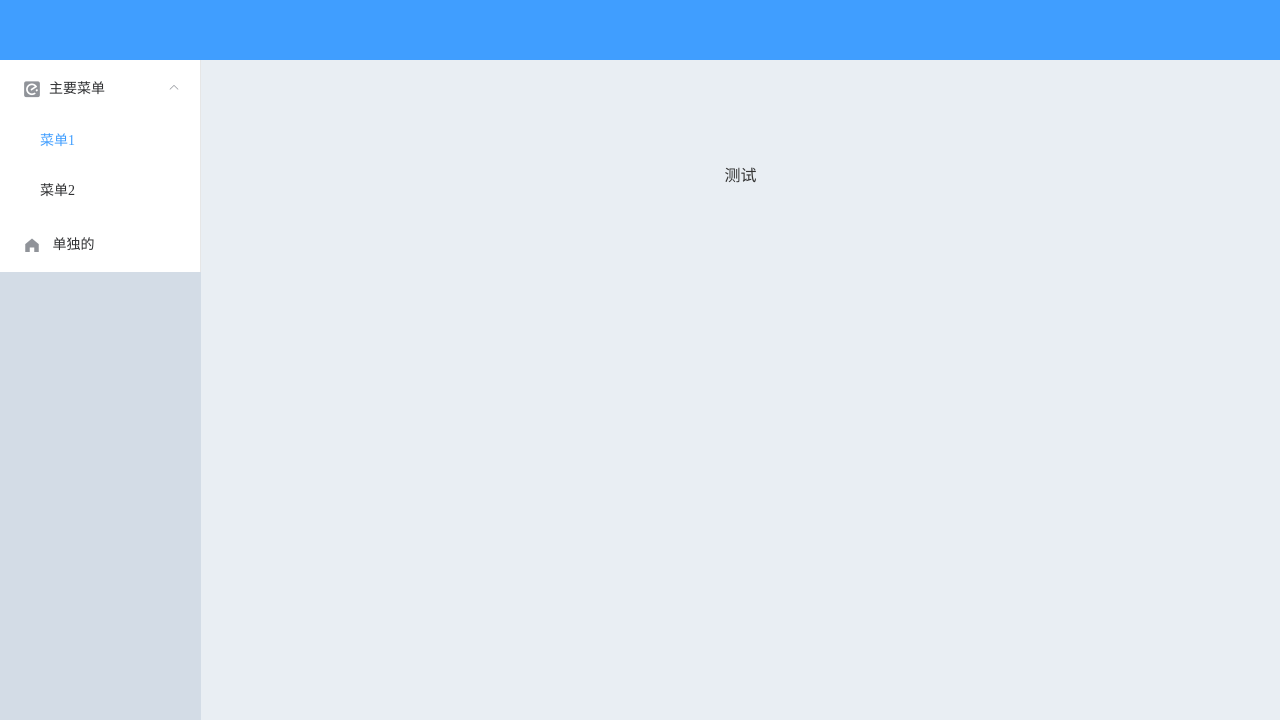
Repository: 960519152/elementui-demo-byf
Page: /#/Tx
An editor plug-in stored every save of this project. The page is shown before and after the next save, followed by the edit.
The browser window is 1280 px wide. The pictures show the whole page.
The project was rebuilt for these pictures with package versions that can differ from the ones it lists, and the page was loaded fresh each time. Also part of the build but not shown: src/components/HelloWorld.vue, src/components/Tes.vue.

Above is the page before, as saved 2019-05-14 12:33:29.

After the next save:
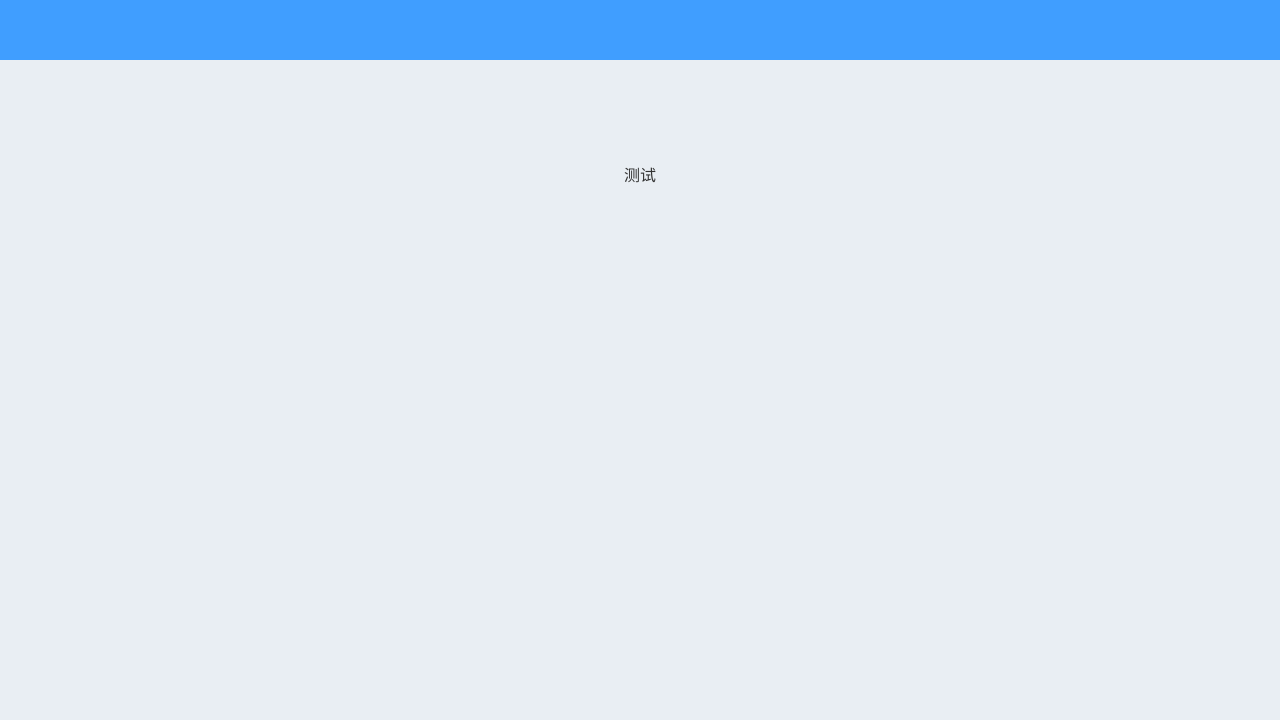
Saved 21 s later.
--- a/src/components/Home.vue
+++ b/src/components/Home.vue
@@ -7,7 +7,7 @@
       <el-container>
         <el-aside>
           <el-row class="tac">
-            <el-menu :default-active="$route.path" class="el-menu-vertical-demo" unique-opened router @open="handleOpen"
+            <el-menu :default-active="$route.path" class="el-menu-vertical-demo" unique-opened router @open="handleOpen" v-if="isCollapse"
               @close="handleClose" :collapse="isCollapse"  :class="{'isCollapseFalseStyle':isCollapse!=true}">
               <template v-for="(item,index) in $router.options.routes" v-if="!item.hidden">
                 <el-submenu :index="index+''" v-if="!item.leaf">

After the save that followed:
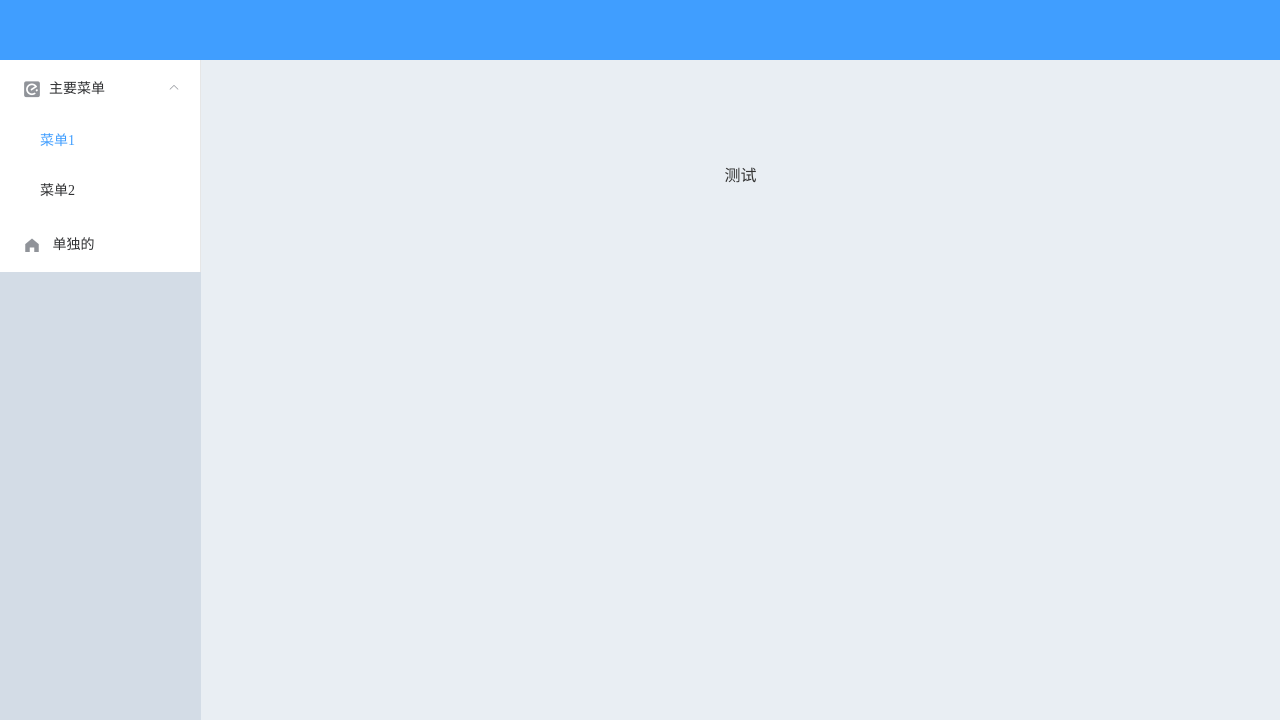
Saved 9 s later.
--- a/src/components/Home.vue
+++ b/src/components/Home.vue
@@ -7,7 +7,7 @@
       <el-container>
         <el-aside>
           <el-row class="tac">
-            <el-menu :default-active="$route.path" class="el-menu-vertical-demo" unique-opened router @open="handleOpen" v-if="isCollapse"
+            <el-menu :default-active="$route.path" class="el-menu-vertical-demo" unique-opened router @open="handleOpen" v-if="!isCollapse"
               @close="handleClose" :collapse="isCollapse"  :class="{'isCollapseFalseStyle':isCollapse!=true}">
               <template v-for="(item,index) in $router.options.routes" v-if="!item.hidden">
                 <el-submenu :index="index+''" v-if="!item.leaf">
